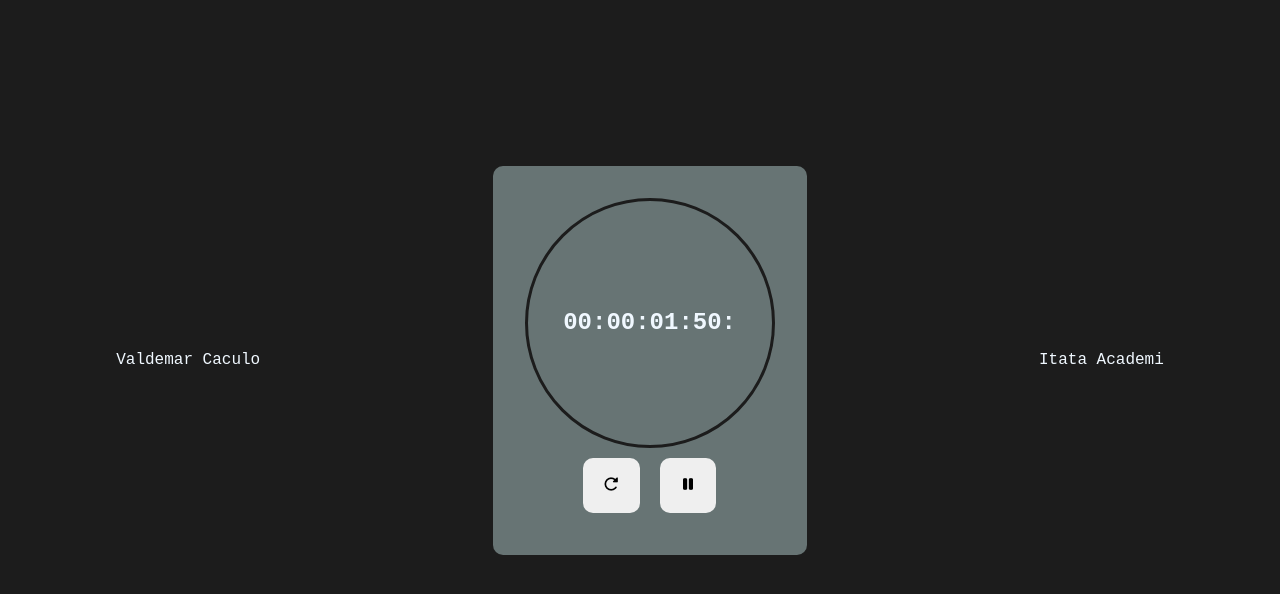
Repository: ValdemarCaculo/TEMPORIZADOR
Page: index.html
An editor plug-in stored every save of this project. The page is shown before and after the next save, followed by the edit.
The browser window is 1280 px wide. The pictures show the whole page.
After loading, the first visible `#inicio` was clicked once.
Some web libraries are served in a nearby version.

Above is the page before, as saved 2025-12-06 17:11:47.

After the next save:
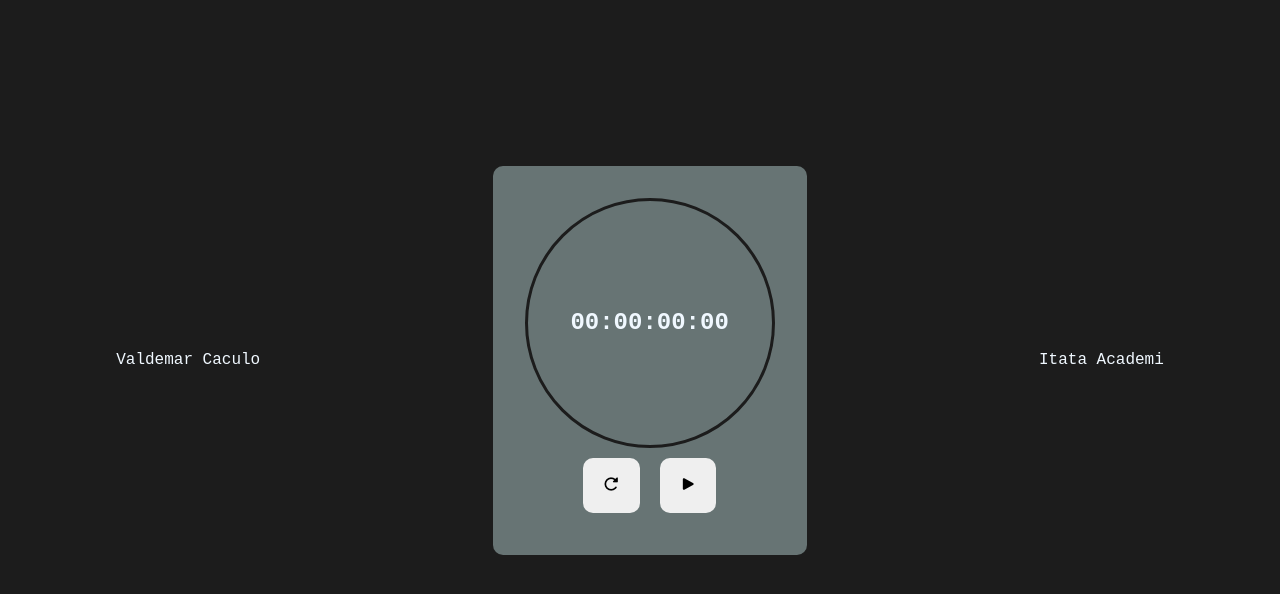
Saved 32 s later.
--- a/js/script.js
+++ b/js/script.js
@@ -12,7 +12,7 @@
 
 const elementosA = () => {
     const button = document.getElementById('inicio');
-    const accao = button.getAttribute('action');
+    const accao = button.getAttribute('accao');
 
     clearInterval(contador);
 

After the save that followed:
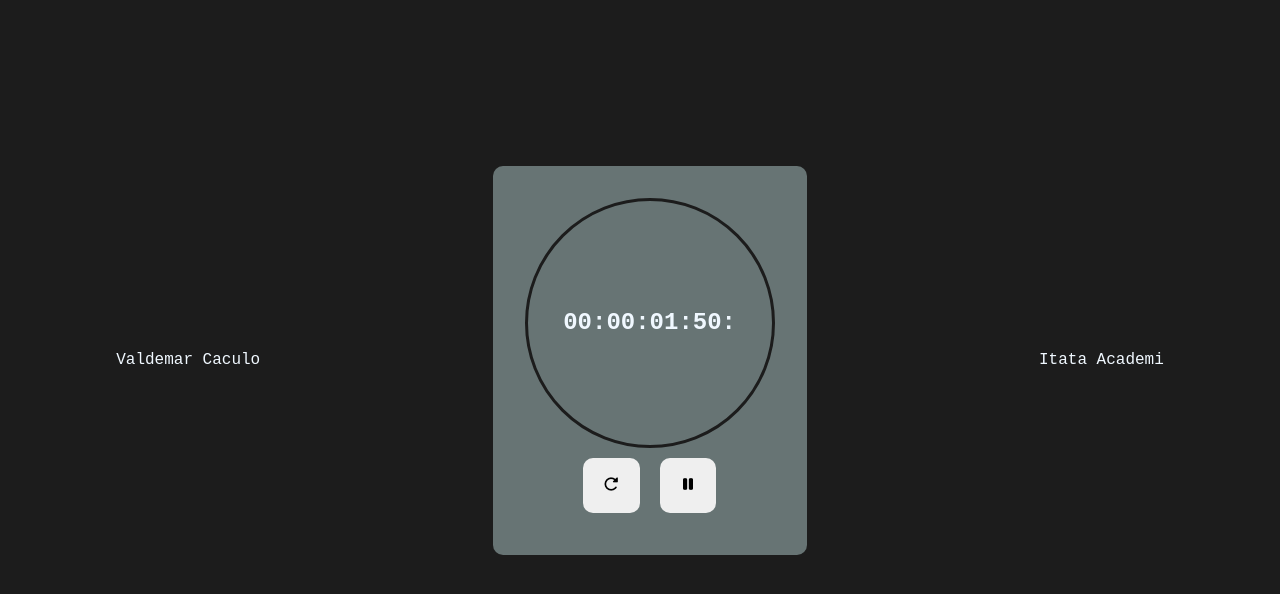
Saved 24 s later.
--- a/js/script.js
+++ b/js/script.js
@@ -12,7 +12,7 @@
 
 const elementosA = () => {
     const button = document.getElementById('inicio');
-    const accao = button.getAttribute('accao');
+    const accao = button.getAttribute('action');
 
     clearInterval(contador);
 
